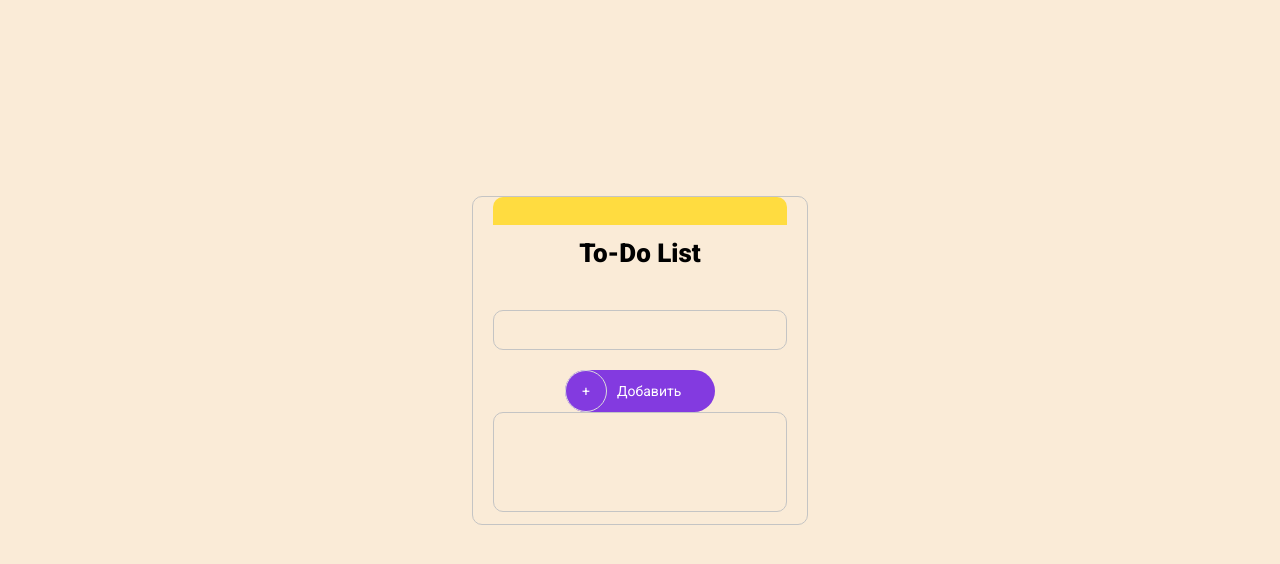
Repository: NatiqSamiyev/To-do-List-js
Page: insex.html
An editor plug-in stored every save of this project. The page is shown before and after a run of saves, followed by the edit.
The browser window is 1280 px wide. The pictures show the whole page.
Some web fonts or font styles are not loaded; a fallback is used.

Above is the page before, as saved 2023-10-31 11:58:53.

After the next 2 saves:
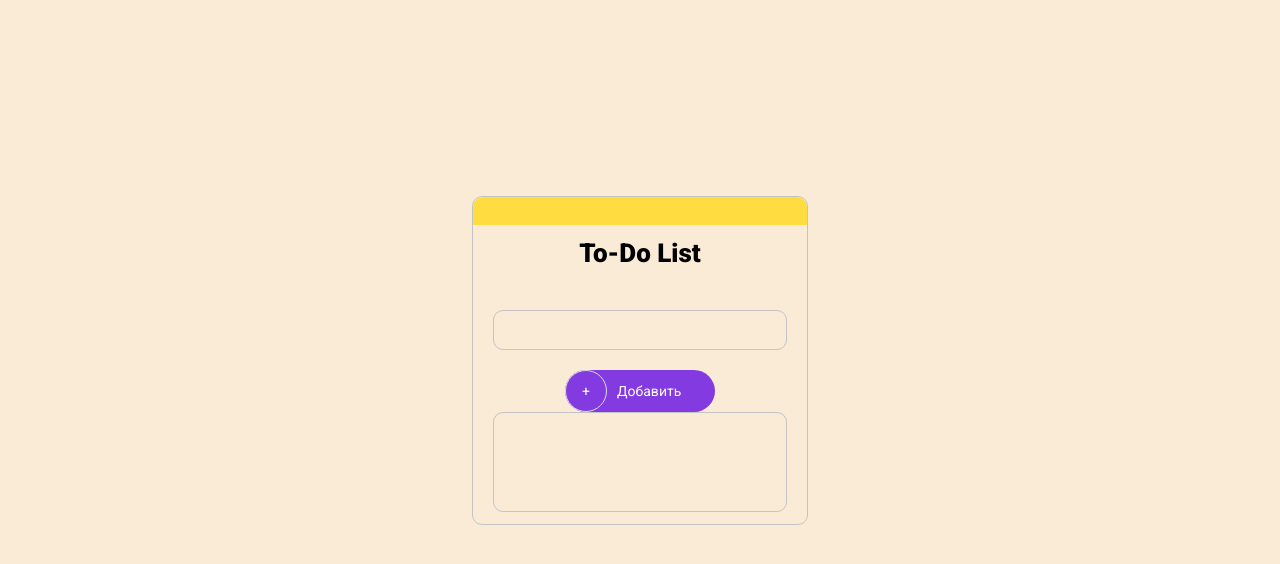
The 2 saves are shown as one change because they came seconds apart.
The last was saved 6 s later.
--- a/index.css
+++ b/index.css
@@ -18,10 +18,13 @@
 .card {
   width: 336px;
   /* height: 236px; */
-  padding: 0 20px;
+
   border-radius: 10px;
   border: 1px solid #c4c4c4;
   background: rgba(196, 196, 196, 0);
+}
+main{
+  padding: 0 20px;
 }
 .yellow-box{
   height: 28px;
